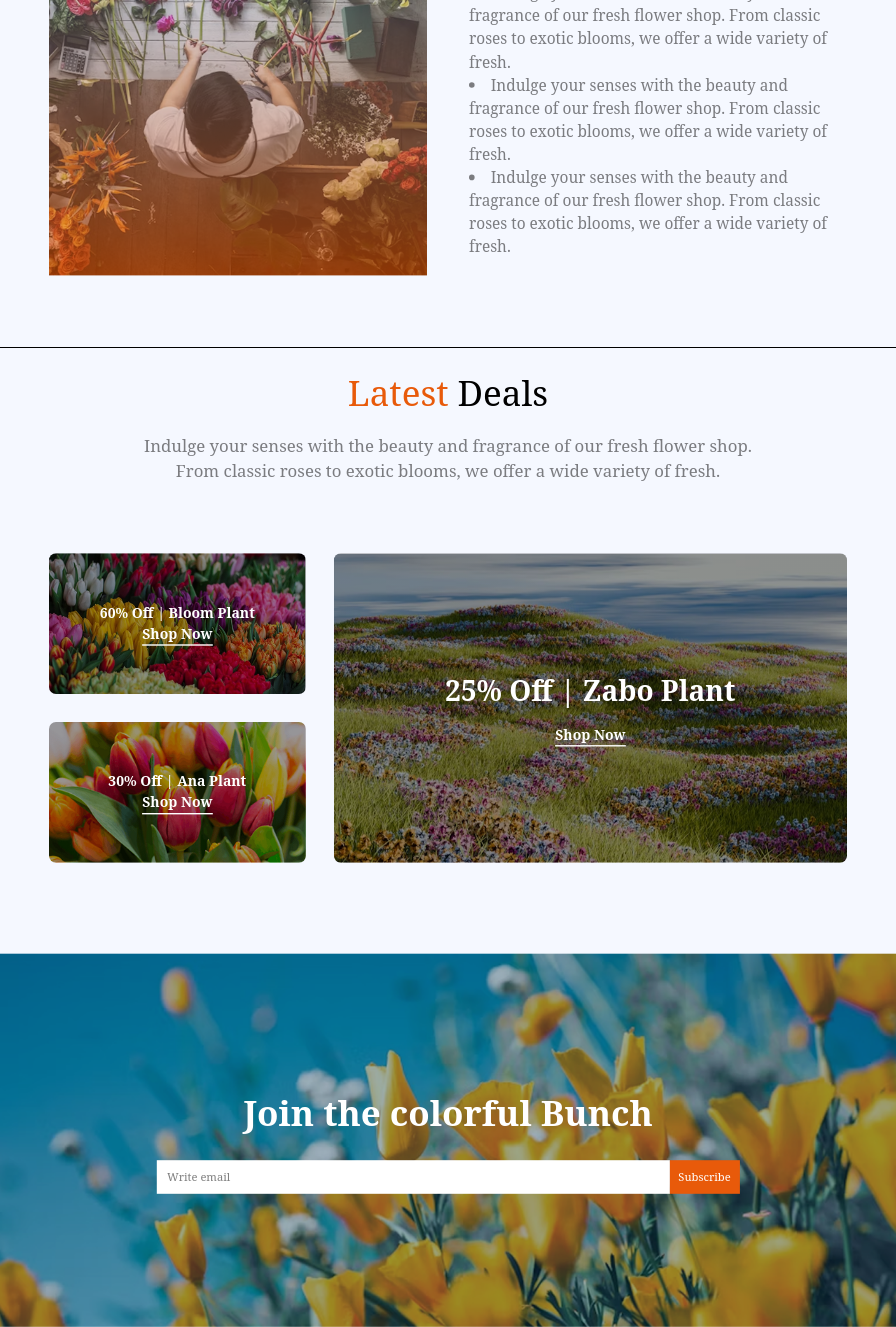
Repository: nahid-hasann/website-7
Page: index.html
An editor plug-in stored every save of this project. The page is shown before and after the next save, followed by the edit.
The browser window is 1280 px wide. The pictures show the part of the page from y = 2408 to 4328 px (the page is 4304 px tall before and 4328 px after), at 70% of full size.
Some web libraries are served in a nearby version.

Above is the page before, as saved 2025-07-24 21:35:56.

### index.html
<!DOCTYPE html>
<html lang="en">
<head>
    <meta charset="UTF-8">
    <meta name="viewport" content="width=device-width, initial-scale=1.0">
    <title> website-7 </title>
    <link rel="stylesheet" href="style.css">
     <script src="https://cdn.jsdelivr.net/npm/@tailwindcss/browser@4"></script>
    <link rel="stylesheet" href="https://cdnjs.cloudflare.com/ajax/libs/font-awesome/7.0.0/css/all.min.css" integrity="sha512-DxV+EoADOkOygM4IR9yXP8Sb2qwgidEmeqAEmDKIOfPRQZOWbXCzLC6vjbZyy0vPisbH2SyW27+ddLVCN+OMzQ==" crossorigin="anonymous" referrerpolicy="no-referrer" />
   <link rel="preconnect" href="https://fonts.googleapis.com">
<link rel="preconnect" href="https://fonts.gstatic.com" crossorigin>
<link href="https://fonts.googleapis.com/css2?family=Noto+Serif:ital,wght@0,100..900;1,100..900&display=swap" rel="stylesheet">
</head>
<body class="noto-serif-nahid">


    <header>
        <nav>
            <div class="nav-logo">
                <img src="assets/logo.png" alt="">
            </div>
            <div class="nav-menu">
                <ul>
                    <li class="ul-li" style="color: black; font-weight: bold;">Home</li>
                    <li class="ul-li" >Shop</li>
                    <li class="ul-li" >About us</li>
                    <li class="last-li" style="color: black;"><i class="fa-solid fa-cart-shopping"></i>Cart ($56)</li>
                </ul>
            </div>
        </nav>
    </header>

    <main>


        <section class="banner">
            <div class="banner-section">
                <div class="banner-description">
                    <h1>ALWAYS <span style="color: #e85a0a;">FRESH <br> FLOWERS</span></h1>
                    <p>Indulge your senses with the beauty and fragrance of our fresh flower shop. From classic roses to exotic blooms, we offer a wide variety of fresh flowers that are perfect for any occasion.  </p>
                </div>
                <div class="banner-img">
                    <img src="assets/hero-flower.png" alt="">
                </div>
            </div>
        </section>

        <section class="plants-section">
             <h1> <span style="color: #e85a0a;">Our</span> Plants</h1>
             <p>Indulge your senses with the beauty and fragrance of our fresh flower shop. From classic roses to exotic blooms, we offer a wide variety of fresh.</p>
             <div class="plants-card">
                <div class="card">
                    <img src="assets/sample-flower-image.png" alt="">
                    <h4>Lily Blossom</h4>
                    <h2>20 USD</h2>
                    <button class="btn">ADD TO CART</button>
                </div>
                 <div class="card">
                    <img src="assets/sample-flower-image.png" alt="">
                    <h4>Lily Blossom</h4>
                    <h2>20 USD</h2>
                    <button class="btn">ADD TO CART</button>
                </div>
                 <div class="card">
                    <img src="assets/sample-flower-image.png" alt="">
                    <h4>Lily Blossom</h4>
                    <h2>20 USD</h2>
                    <button class="btn">ADD TO CART</button>
                </div>
                 <div class="card">
                    <img src="assets/sample-flower-image.png" alt="">
                    <h4>Lily Blossom</h4>
                    <h2>20 USD</h2>
                    <button class="btn">ADD TO CART</button>
                </div>
                 <div class="card">
                    <img src="assets/sample-flower-image.png" alt="">
                    <h4>Lily Blossom</h4>
                    <h2>20 USD</h2>
                    <button class="btn">ADD TO CART</button>
                </div>
                 <div class="card">
                    <img src="assets/sample-flower-image.png" alt="">
                    <h4>Lily Blossom</h4>
                    <h2>20 USD</h2>
                    <button class="btn">ADD TO CART</button>
                </div>
                 <div class="card">
                    <img src="assets/sample-flower-image.png" alt="">
                    <h4>Lily Blossom</h4>
                    <h2>20 USD</h2>
                    <button class="btn">ADD TO CART</button>
                </div>
                 <div class="card">
                    <img src="assets/sample-flower-image.png" alt="">
                    <h4>Lily Blossom</h4>
                    <h2>20 USD</h2>
                    <button class="btn">ADD TO CART</button>
                </div>
             </div>
        </section>

        <section class="plants-lover-section">
            <div class="plants-lover-div">
                <div class="plants-lover-img">
                <img src="assets/flower-store.png" alt="">
                <div class="badge">
                    <img class="badge-img" src="assets/trusted-badge.png" alt="">
                </div>
            </div>
            <div class="plants-lover-content">
                <h1>Flower & Plants Lover</h1>
                <or>
                    <li>Indulge your senses with the beauty and fragrance of our fresh flower shop. From classic roses to exotic blooms, we offer a wide variety of fresh.</li>
                    <li>Indulge your senses with the beauty and fragrance of our fresh flower shop. From classic roses to exotic blooms, we offer a wide variety of fresh.</li>
                    <li>Indulge your senses with the beauty and fragrance of our fresh flower shop. From classic roses to exotic blooms, we offer a wide variety of fresh.</li>
                </or>
            </div>
            </div>
        </section>

        <section class="offer-main-section">

            <h1 class="text-[50px]"><span style="color: #e85a0a;">Latest</span>  Deals</h1>
            <p>Indulge your senses with the beauty and fragrance of our fresh flower shop. <br> From classic roses to exotic blooms, we offer a wide variety of fresh.</p>

           <div class="offer-section">
            <div class="card card-1">
                 <h3>60% Off | Bloom Plant</h3>
                 <a href="#">Shop Now</a>
            </div>
            <div class="card big-card">
                <h2>25% Off | Zabo Plant</h2>
                <a href="#">Shop Now</a>
            </div>
            <div class="card card-2">
                 <h3>30% Off | Ana Plant</h3>
                 <a href="#">Shop Now</a>
            </div>

           </div>

        </section>

        <section class="subscribe-section">

    <h1>Join the colorful Bunch</h1>

    <div class="subscibe">
        <input type="text" name="" placeholder="Write email" id="">
        <button class="btn-2">Subscribe</button>
    </div>
        </section>


    </main>



    <footer>
        <div class="footer-section">
            <div>
                <img src="" alt="">
                <p></p>
            </div>
        </div>
    </footer>

</body>
</html>

### style.css


*{
    margin: 0;
    padding: 0;
    box-sizing: border-box;
}


.noto-serif-nahid {
  font-family: "Noto Serif", serif;
  font-optical-sizing: auto;
  font-style: normal;
  font-variation-settings:
    "wdth" 100;
}

body{
    background-color: #f5f8ff;
}



/* header suru  */

header{
   margin: 20px auto;
   max-width: 1140px;
}

nav{
    display: flex;
    justify-content: space-between;
    align-items: center;
}

.nav-logo img{
    width: 100%;
}

.nav-menu ul{
     display: flex;
     gap: 30px;
     align-items: center;
     justify-content: center;
     margin: auto 0;
}

.nav-menu ul li{
    color: rgba(137, 135, 161, 1);
    font-weight: 400;
}


/* header sesh  */

/* banner-section  */

.banner{
    margin: 230px auto 130px auto;
    max-width: 1140px;

}

.banner-section{
     display: flex;
     align-items: end;
     justify-content: center;
}

.banner-description h1{
    font-size: 65px;
    font-weight: 800;

}

.banner-description p{
    font-size: 22px;
    color: #7b7c80;
}

.banner-img img{
    max-width: 570px;
}

/* banner-section  */

/* plants-section suru */

.plants-section{
    width: 1140px;
    margin: 130px auto;
}

.plants-section h1{
    text-align: center;
    font-size: 50px;
    margin-bottom: 14px;
    font-weight: 700;
}

.plants-card{
    display: grid;
    grid-template-columns: 1fr 1fr 1fr 1fr;
    gap: 30px;
    row-gap: 60px;
    margin-top: 60px;
}

.plants-section p{
    font-size: 22px;
    color: #7b7c80;
    text-align: center;
}

.card {
    display: flex;
    flex-direction: column;
    align-items: center;
    justify-content: center;
}

.card h4{
    font-size: 22px;
    font-weight: 300;
    margin-top: 18px;
}

.card h2{
    font-size: 22px;
    font-weight: 700;
    margin-bottom: 18px;
}

.btn{
    background-color: #e85a0a;
    width: 100%;
    padding: 13px 0;
    color: white;
}

/* plants-section sesh  */

/* plants-lover-section suru  */

.plants-lover-section{
    width: 1140px;
    margin: 180px auto 130px auto;
}



.plants-lover-div{
     display: grid;
     grid-template-columns: 1fr 1fr;
    align-items: center;
    justify-content: center;
    gap: 60px;
}

.plants-lover-img{
    position: relative;
}

.badge-img{
    position: absolute;
    top: -80px;
    right: -80px;
    width: 200px;
    z-index: 999;
     animation-name: zoominout;
    animation-timing-function: ease-in-out;
    animation-iteration-count: infinite;
    animation-duration: 4s;
}

@keyframes zoominout{
    0%, 100%{
        transform: scale(1);
    }

    50%{
        transform: scale(1.1);
    }
}



.plants-lover-content h1{
     font-size: 50px;
     font-weight: 700;
}

.plants-lover-content or li{
    font-size: 22px;
    color: #7b7c80;
}

/* plants-lover-section sesh  */


/* offer-section start  */

.offer-main-section{
    width: 1140px;
    margin: 130px auto;
}

.offer-main-section h1{
    text-align: center;
    margin-bottom: 20px;
}

.offer-main-section p{
    color: #7b7c80;
    text-align: center;
    margin-bottom: 100px;
    font-size: 24px;
}

.offer-section{
    display: grid;
    grid-template-columns: 1fr 2fr;
    margin: auto;
    width: 1140px;
    gap: 40px;
    grid-auto-rows: 201px;
    margin-top: 50px;
}

.card{
    border-radius: 10px;
}

.card h3{
    font-size: 20px;
    font-weight: 600;
    color: white;
}

.card a{
    border-bottom: 2px solid white;
    color: white;
    font-size: 20px;
    font-weight: 600;
}

.big-card h2{
    font-size: 40px;
    color: white;
}

.card-1{
    background: linear-gradient(rgba(0, 0, 0, 0.4), rgba(0, 0, 0, 0.4)), url('assets/deal-bloom.png') ;
    height: 201px;
    grid-column: 1;
    grid-row: 1;
     background-repeat: no-repeat;
    background-position: center;
    background-size: cover;
}

.big-card{
    background: linear-gradient(rgba(0, 0, 0, 0.4), rgba(0, 0, 0, 0.4)),   url('assets/deal-zabo.png');
    grid-column: 2;
    grid-row: span 2;
    background-repeat: no-repeat;
    background-position: center;
    background-size: cover;
}

.card-2{
        background: linear-gradient(rgba(0, 0, 0, 0.4), rgba(0, 0, 0, 0.4)),   url('assets/deal-ana.png');
        height: 201px;
        grid-column: 1;
    grid-row: 2;
     background-repeat: no-repeat;
    background-position: center;
    background-size: cover;
}

/* offer-section end  */

/* subscribe-section start  */

.subscribe-section{
    margin: 130px 0 0 0;
    background: url('assets/news-letter-bg.png') ;
    height: 533px;
    display: flex;
    flex-direction: column;
    align-items: center;
    justify-content: center;
    background-repeat: no-repeat;
    background-position: center;
    background-size: cover;
}

.subscribe-section h1{
    font-size: 50px;
    text-align: center;
    margin-bottom: 30px;
    color: white;
    font-weight: 700;
}

.subscibe{
    display: flex;
}

.subscibe input{
    background-color: white;
    width: 733px;
    padding: 12px 50px 12px 15px;

}

.btn-2{
    background-color: #e85a0a;
    padding: 12px ;
    color: white;
    width: 100px;
}

/* subscribe-section end  */








/* media screen  */

@media screen and (max-width:575px) {
    header{
        width: 100%;
    }

nav{
    margin:0 30px;

}

.nav-logo img{
    width: 63px;
}
    .ul-li{
        display: none;
    }

    .banner{
        max-width: 575px;
        margin-top: 70px ;
        margin-bottom: 70px;
    }

    .banner-section{
        flex-direction: column-reverse;

    }

    .banner-description{
        margin-left: 30px;
    }

    .banner-description h1{
    font-size: 24px;
}

.banner-description p{
    font-size: 14px;
}

.banner-img img{
    max-width: 400px;
    margin-bottom: 80px;
}

.plants-section{
    width: 100% ;
    padding: 0 20px ;
    margin: 70px 0;

}

.plants-card{
    display: grid;
    grid-template-columns: 1fr 1fr;
    gap: 20px;
    row-gap: 40px;
}

.plants-section h1{
    font-size: 24px;
}
.plants-section p{
    font-size: 14px;
}

.card h4{
    font-size: 15px;
}

.card h2{
    font-size: 15px;
}

.btn{
    font-size: 15px;
}

.plants-lover-section{
    width: 100%;
    margin: 70px 0;
    padding: 0 20px;
}

.plants-lover-div{
    grid-template-columns: 1fr;
}

.badge-img{
    display: none;
}


.plants-lover-content h1{
    font-size: 24px;
    margin-top: -30px;
}

.plants-lover-content or li{
    font-size: 14px;
}

.plants-lover-content or li:nth-child(2){
    margin-top: 15px;
    margin-bottom: 15px;
}

.plants-lover-content or li:first-child{
    margin-top: 15px;
}

.offer-main-section{
    width: 100%;
    padding: 0 20px;
    margin-top: 70px ;
    margin-bottom: 70px;
}

.offer-main-section h1{
    font-size: 24px;
}

.offer-main-section p{
    font-size: 14px;
    margin-top: 15px;
}

.offer-section{
    grid-template-columns: 1fr;
    width: 100%;
    margin: 0px 0 70px 0;
    padding: 0 20px;
}

.card h3 {
    font-size: 15px;
}

.card a{
    font-size: 15px;
}

.big-card h2{
    font-size: 15px;
}

.card-1{
    grid-column: 1;
    grid-row: 1;
}

.card-2{
    grid-column: 1;
    grid-row: 2;
}

.big-card{
    grid-column: 1;
    grid-row: 3;
}

.subscribe-section{
    height: 276px;
    margin-top: 70px;
}

.subscribe-section h1{
    font-size: 24px;
}

.subscibe input{
    width: auto;
    font-size: 12px;
}

.btn-2{
    width: auto;
    font-size: 14px;
}

}

After the next save:
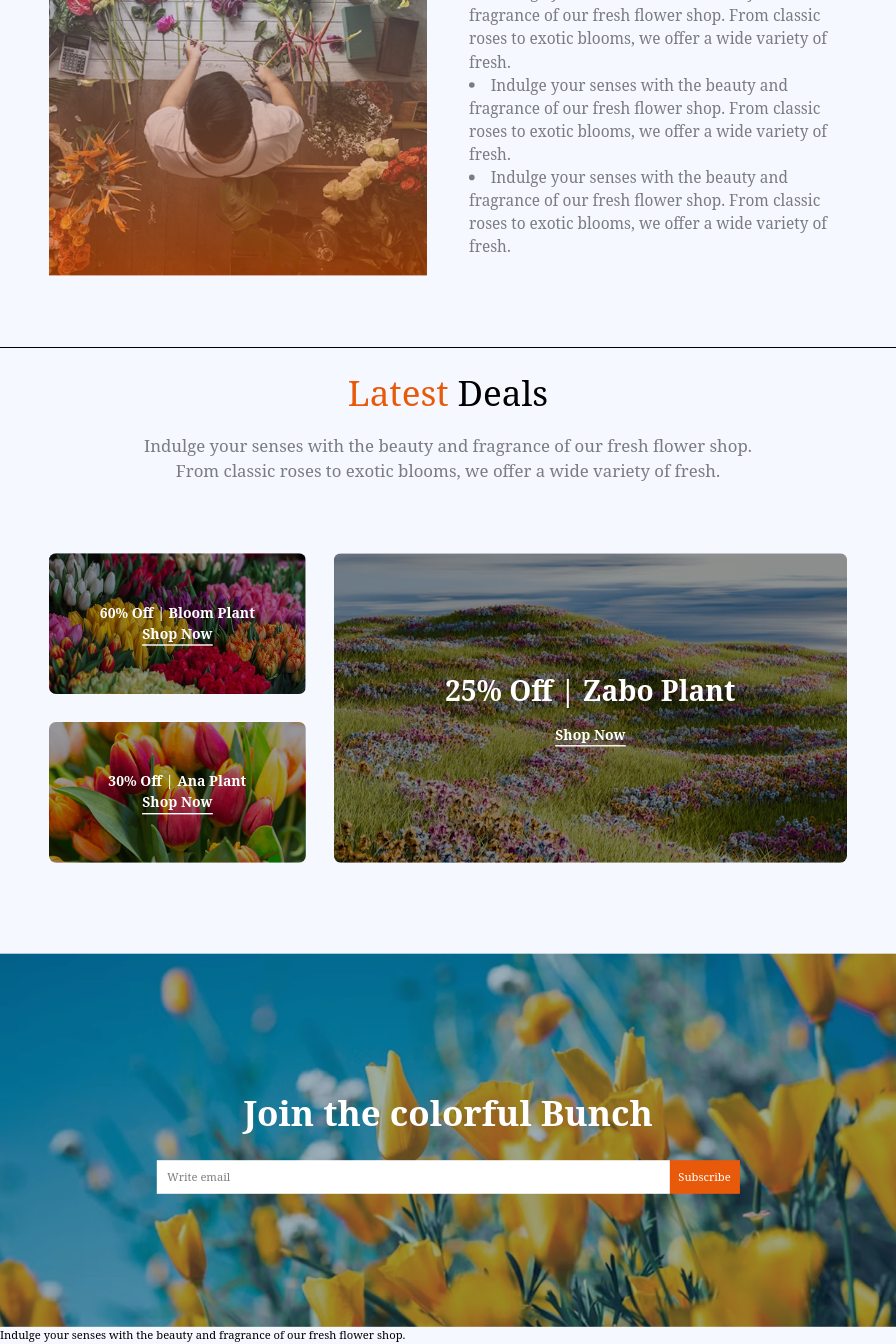
Saved 8 s later.
--- a/index.html
+++ b/index.html
@@ -161,7 +161,7 @@
         <div class="footer-section">
             <div>
                 <img src="" alt="">
-                <p></p>
+                <p>Indulge your senses with the beauty and fragrance of our fresh flower shop. </p>
             </div>
         </div>
     </footer>
